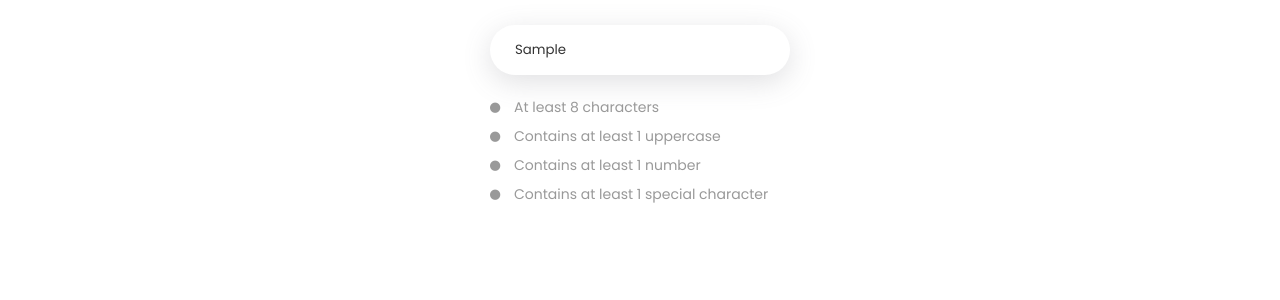
Repository: thuan711/All-about-JS
Page: pass-validation.html
An editor plug-in stored every save of this project. The page is shown before and after the next save, followed by the edit.
The browser window is 1280 px wide. The pictures show the whole page.
Empty fields were first filled with sample values (such as "Sample", 5 or name@example.com).
After loading, the first visible `input.input` was changed once.

Above is the page before, as saved 2022-12-30 11:40:39.
Console error: TypeError: Cannot read properties of null (reading 'classList')

### pass-validation.html
<!DOCTYPE html>
<html lang="en">
  <head>
    <meta charset="UTF-8" />
    <meta http-equiv="X-UA-Compatible" content="IE=edge" />
    <title>Input password strength</title>
    <link rel="preconnect" href="https://fonts.gstatic.com" />
    <link
      href="https://fonts.googleapis.com/css2?family=Poppins:wght@400;600&display=swap"
      rel="stylesheet"
    />
    <link
      rel="stylesheet"
      href="https://cdnjs.cloudflare.com/ajax/libs/font-awesome/4.7.0/css/font-awesome.min.css"
      integrity="sha512-SfTiTlX6kk+qitfevl/7LibUOeJWlt9rbyDn92a1DqWOw9vWG2MFoays0sgObmWazO5BQPiFucnnEAjpAB+/Sw=="
      crossorigin="anonymous"
    />
    <style>
        html {
            box-sizing: border-box;
          }
          * {
            margin: 0;
            padding: 0;
          }
          *,
          *:before,
          *:after {
            box-sizing: border-box;
          }
          input,
          textarea,
          select,
          button {
            outline: none;
          }
          input {
            line-height: normal;
          }
          label,
          button {
            cursor: pointer;
          }
          a {
            text-decoration: none;
          }
          img {
            display: block;
            max-width: 100%;
          }
          *,
          *:before,
          *:after {
            box-sizing: border-box;
          }
          /* using rem unit */
          html {
            font-size: 62.5%;
          }
          a {
            text-decoration: none;
          }
          img {
            display: block;
            max-width: 100%;
          }
          body {
            font-family: "Poppins", sans-serif;
            font-size: 16px;
            line-height: 1;
          }

          .input {
            background-color: white;
            border: 0;
            border-radius: 50px;
            padding: 15px 25px;
            padding-right: 50px;
            color: #333;
            font-family: "Poppins", sans-serif;
            display: block;
            box-shadow: rgba(100, 100, 111, 0.2) 0px 7px 29px 0px;
            width: 100%;
          }
          .input.invalid + .input-icons .fa-times,
          .input.valid + .input-icons .fa-check {
            opacity: 1;
            visibility: visible;
            transform: scale(1);
          }
          .input-wrapper {
            position: relative;
            width: 300px;
            margin: 25px auto;
          }
          .input-icons {
            position: absolute;
            top: 50%;
            transform: translateY(-50%);
            right: 25px;
            display: flex;
            justify-content: center;
            align-items: center;
          }
          .input-icons i {
            color: white;
            width: 20px;
            height: 20px;
            border-radius: 20px;
            display: flex;
            justify-content: center;
            align-items: center;
            font-size: 10px;
            opacity: 0;
            visibility: hidden;
            transform: scale(0);
            transition: all 0.2s ease;
            position: absolute;
          }
          .fa-check {
            background-color: #20e3b2;
          }
          .fa-times {
            background-color: #fc5776;
          }
          .check-list {
            margin-top: 25px;
            font-size: 14px;
            font-weight: 300;
            color: #999;
          }
          .check-item {
            margin-bottom: 15px;
          }
          .check-item.active {
            color: #20e3b2;
          }
          .check-item.unactive {
            color: #f00;
          }
          .check-item i {
            font-size: 12px;
            color: inherit;
            margin-right: 10px;
          }
    </style>
  </head>
  <body>
    <div class="input-wrapper">
      <input type="text" class="input" placeholder="Your password" />
      <div class="input-icons">
        <i class="fa fa-check"></i>
        <i class="fa fa-times"></i>
      </div>
      <div class="check-list">
        <div class="check-item check-length" data-validation="length">
          <i class="fa fa-circle"></i> At least 8 characters
        </div>
        <div class="check-item check-upper">
          <i class="fa fa-circle"></i> Contains at least 1 uppercase
        </div>
        <div class="check-item check-number">
          <i class="fa fa-circle"></i> Contains at least 1 number
        </div>
        <div class="check-item check-special">
          <i class="fa fa-circle"></i> Contains at least 1 special character
        </div>
      </div>
    </div>
    <script src="event/pass-validation.js"></script>
  </body>
</html>

### event/pass-validation.js
window.addEventListener("load", function(){
    const passwordInput = document.querySelector("input");
    passwordInput.addEventListener("input", function(event){
        const value = event.target.value;
        const checkLenghtClass = event.target.parentNode.querySelector(".check-lenght");
        const checkItem = event.target.parentNode.querySelector(".check-item");
        if(!value){
            [...checkItem].forEach(item =>{
                item.classList.remove("active");
                item.classList.remove("unactive");
            })
        }
        if(value.length < 8){
            checkLenghtClass.classList.add("unactive");
        } else{
            checkLenghtClass.classList.add("active");
            checkLenghtClass.classList.remove("unactive");
        }
    });
});

After the next save:
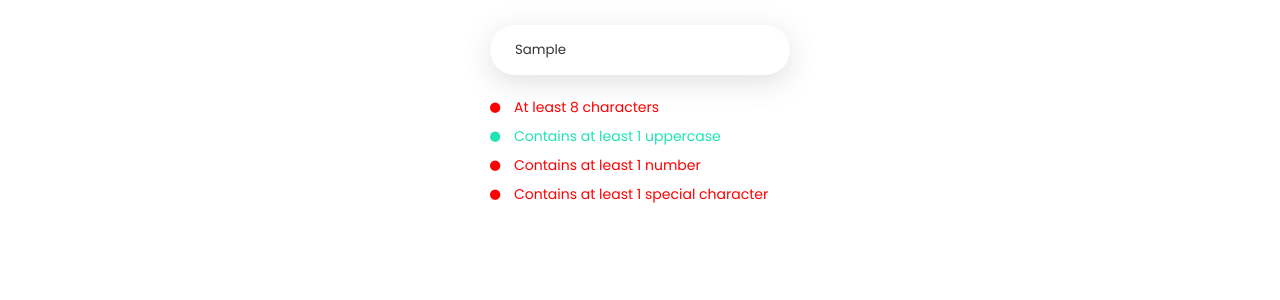
The error is gone.
Saved 3 min 51 s later.
--- a/event/pass-validation.js
+++ b/event/pass-validation.js
@@ -1,20 +1,63 @@
-window.addEventListener("load", function(){
-    const passwordInput = document.querySelector("input");
-    passwordInput.addEventListener("input", function(event){
-        const value = event.target.value;
-        const checkLenghtClass = event.target.parentNode.querySelector(".check-lenght");
-        const checkItem = event.target.parentNode.querySelector(".check-item");
-        if(!value){
-            [...checkItem].forEach(item =>{
-                item.classList.remove("active");
-                item.classList.remove("unactive");
-            })
-        }
-        if(value.length < 8){
-            checkLenghtClass.classList.add("unactive");
-        } else{
-            checkLenghtClass.classList.add("active");
-            checkLenghtClass.classList.remove("unactive");
-        }
+window.addEventListener("load", function () {
+    const passwordInput = document.querySelector(".input");
+    passwordInput.addEventListener("input", function (e) {
+      const value = e.target.value;
+      const checkLengthClass = e.target.parentNode.querySelector(".check-length");
+      const checkUpperClass = e.target.parentNode.querySelector(".check-upper");
+      const checkNumberClass = e.target.parentNode.querySelector(".check-number");
+      const checkSpecialClass =
+        e.target.parentNode.querySelector(".check-special");
+      const checkItems = e.target.parentNode.querySelectorAll(".check-item");
+      if (!value) {
+        [...checkItems].forEach((item) => {
+          item.classList.remove("active");
+          item.classList.remove("unactive");
+        });
+        return;
+      }
+      if (value.length < 8) {
+        checkLengthClass.classList.add("unactive");
+        checkLengthClass.classList.remove("active");
+      } else {
+        checkLengthClass.classList.add("active");
+        checkLengthClass.classList.remove("unactive");
+      }
+
+      // if (!/[A-Z]/.test(value)) {
+      //   checkUpperClass.classList.add("unactive");
+      //   checkUpperClass.classList.remove("active");
+      // } else {
+      //   checkUpperClass.classList.add("active");
+      //   checkUpperClass.classList.remove("unactive");
+      // }
+
+      // if (!/[0-9]/.test(value)) {
+      //   checkNumberClass.classList.add("unactive");
+      //   checkNumberClass.classList.remove("active");
+      // } else {
+      //   checkNumberClass.classList.add("active");
+      //   checkNumberClass.classList.remove("unactive");
+      // }
+
+      // if (!/[$@%^&*()}{[\]}!]/.test(value)) {
+      //   checkSpecialClass.classList.add("unactive");
+      //   checkSpecialClass.classList.remove("active");
+      // } else {
+      //   checkSpecialClass.classList.add("active");
+      //   checkSpecialClass.classList.remove("unactive");
+      // }
+      passwordInputValidation(checkUpperClass, value, /[A-Z]/);
+      passwordInputValidation(checkNumberClass, value, /[0-9]/);
+      passwordInputValidation(checkSpecialClass, value, /[$@%^&*()}{[\]}!]/);
     });
-});
+
+    function passwordInputValidation(selector, value, regex) {
+      if (!regex.test(value)) {
+        selector.classList.add("unactive");
+        selector.classList.remove("active");
+      } else {
+        selector.classList.add("active");
+        selector.classList.remove("unactive");
+      }
+    }
+  });
